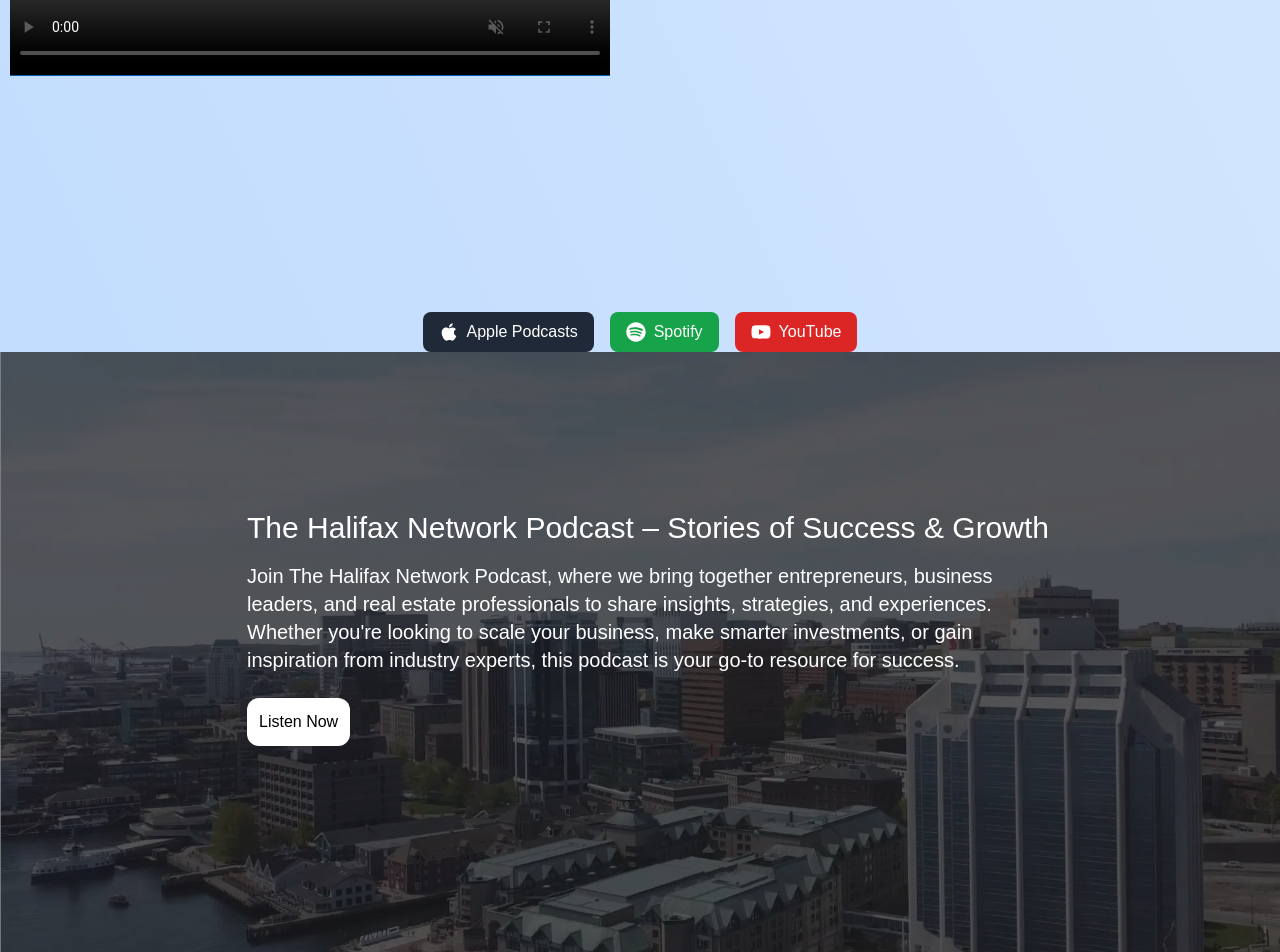
Repository: TMuse333/Chris-crowell
Page: /podcast (app in frontend/)
An editor plug-in stored every save of this project. The page is shown before and after the next save, followed by the edit.
The browser window is 1280 px wide. The pictures show the part of the page from y = 1792 to 2744 px (the page is 2744 px tall before and 2692 px after).
Pictures or frames that could not be fetched are drawn as grey boxes. The project was rebuilt for these pictures with package versions that can differ from the ones it lists, and the page was loaded fresh each time. The framework's server and built-in components were replaced by stand-ins that run in the browser. Also part of the build but not shown: frontend/next.config.ts.

Above is the page before, as saved 2025-02-18 12:30:29.

After the next save:
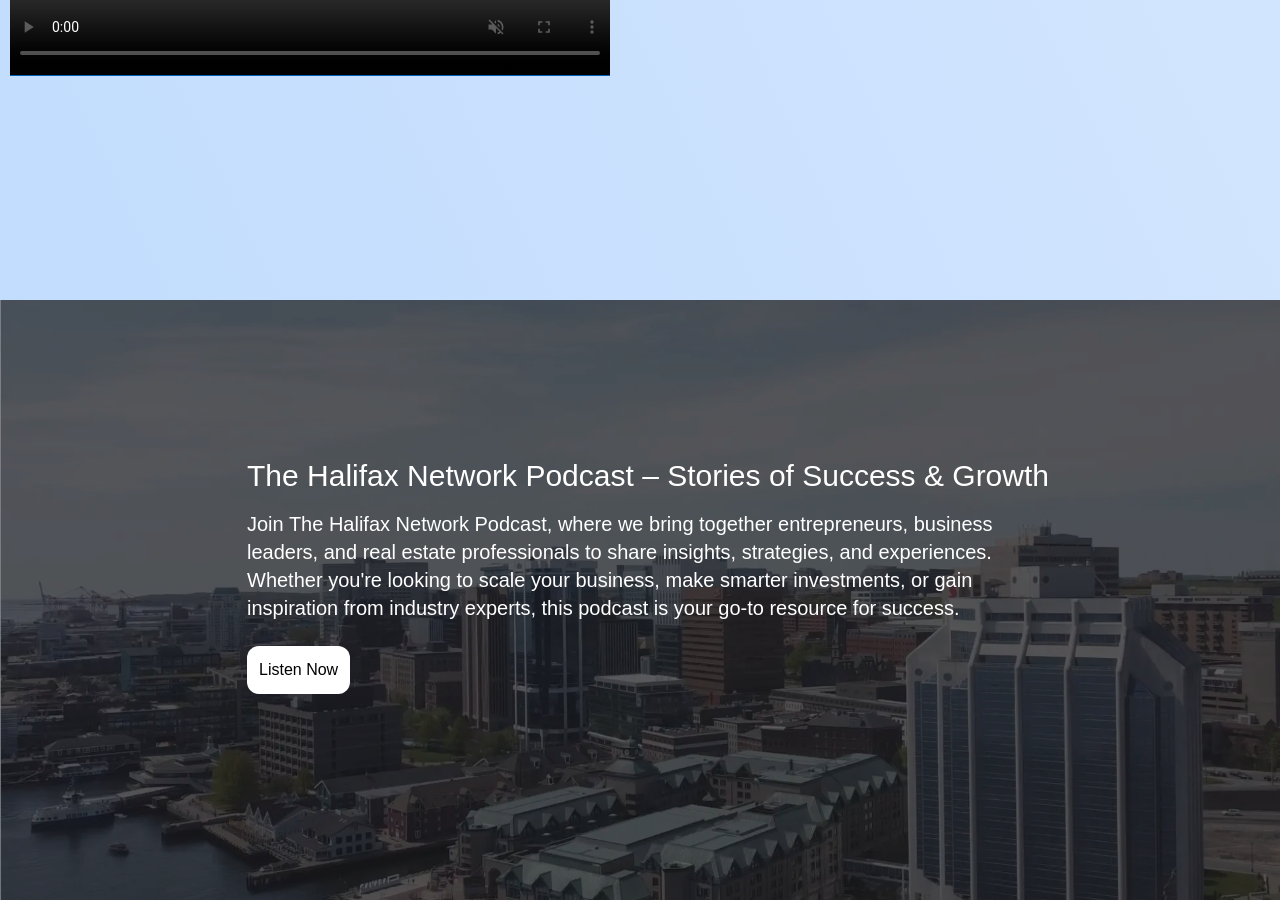
Saved 5 s later.
--- a/frontend/src/pageComponents/podcastPage.tsx
+++ b/frontend/src/pageComponents/podcastPage.tsx
@@ -32,7 +32,7 @@ const PodcastPage = () => {
             {...podcastCarousel}
             />
 
-            <PodcastSocialLinks/>
+
 
             <BgText
             {...podcastText}
